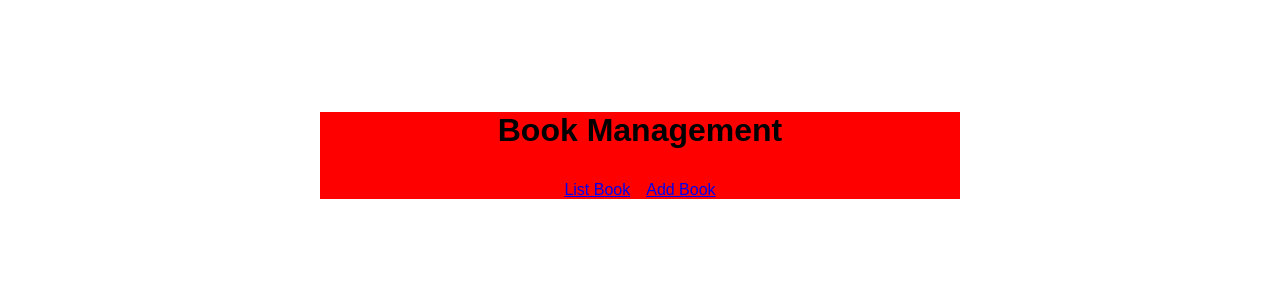
Repository: wakoya-tech/e-library-app1
Page: /
The author's editor kept a copy of each file at every save. The page is drawn from the files as they stood at one save, then again after the next save.
The browser window is 1280 px wide. The pictures show the whole page.
The project was rebuilt for these pictures with package versions that can differ from the ones it lists, and the page was loaded fresh each time. Also part of the build but not shown: vite.config.js.

Above is the page before, as saved 2025-10-10 12:13:13.

### src/main.jsx
import React from 'react'
import ReactDOM from 'react-dom/client'
import { BrowserRouter } from 'react-router-dom'
import App from './App'
ReactDOM.createRoot(document.getElementById('root')).render(
  <React.StrictMode>
    <BrowserRouter>
    <App />
    </BrowserRouter>

  </React.StrictMode>,
)

### src/App.jsx
import './App.css';
import Header from './components/Header.jsx';
import { Routes, Route } from "react-router-dom";


function App() {
  return (
    <div className="App">
      <Header />

    </div>
  );
}

export default App;

### src/App.css
*{
  margin: 0;
  padding: 0;
  box-sizing: border-box;
}
body{
  font-family: Arial, Helvetica, sans-serif;
}
.container{
  max-width: 40rem;
  background: red;
  margin: 7rem auto 0;
}
header{
  text-align: center;

}
header nav{
  margin-top: 2rem;
  display: flex;
  justify-content: center;
  gap: 1rem;
}

### src/components/Header.jsx
import React from "react"
import { NavLink } from "react-router-dom"
import { BrowserRouter as Router, Routes, Route } from 'react-router-dom';
function Header(){
    const navigation =[
        {path:'/',name:'List Book'},
        { path:'/add', name:'Add Book'}
    ]
    return(<div className="container">
<header>
    <h1>Book Management</h1>
    <nav>
       {navigation.map(nav=>(
        <NavLink
        key={nav.name}
        to={nav.path}>
{nav.name}
        </NavLink>
       ))}
         </nav>
</header>
    </div>)
}
export default Header

Loaded but not shown: index.html (common file)

After the next save:
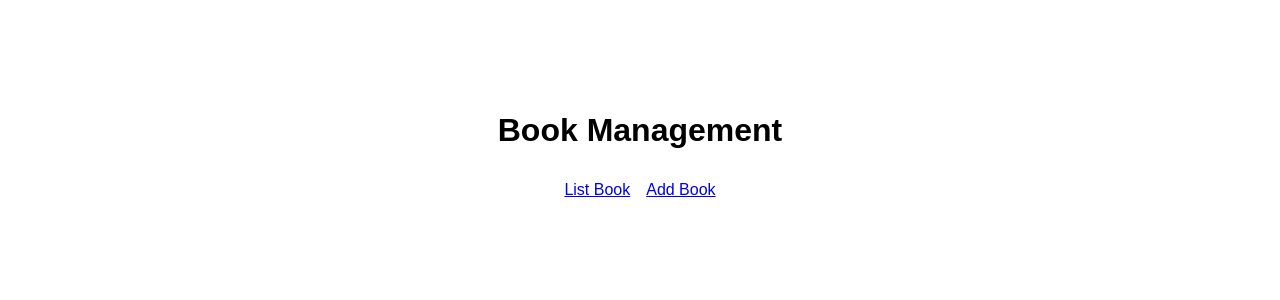
Saved 20 s later.
--- a/src/App.css
+++ b/src/App.css
@@ -8,7 +8,7 @@ body{
 }
 .container{
   max-width: 40rem;
-  background: red;
+
   margin: 7rem auto 0;
 }
 header{
